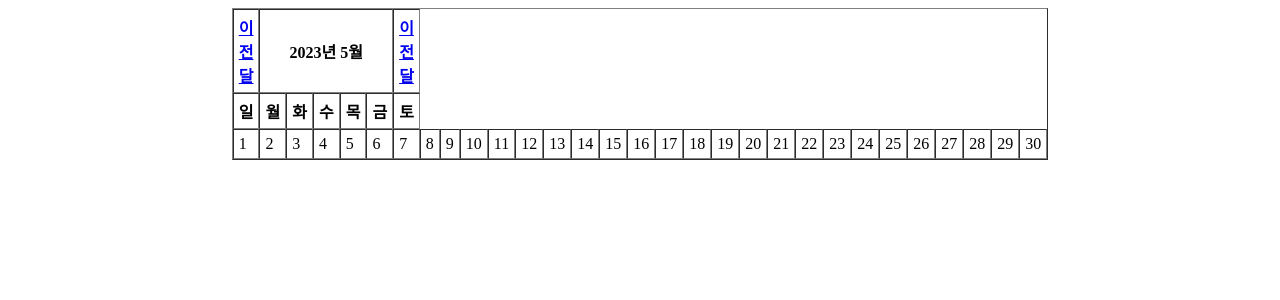
Repository: sangah-park98/jsp-class
Page: http://localhost/k20230502_1_calendar/calendar.2.jsp?year=2023&month=4
The author's editor kept a copy of each file at every save. The page is drawn from the files as they stood at one save, then again after the next save.
The browser window is 1280 px wide. The pictures show the whole page.
The page is served by Tomcat 9.

Above is the page before, as saved 2023-05-01 10:35:05.

After the next save:
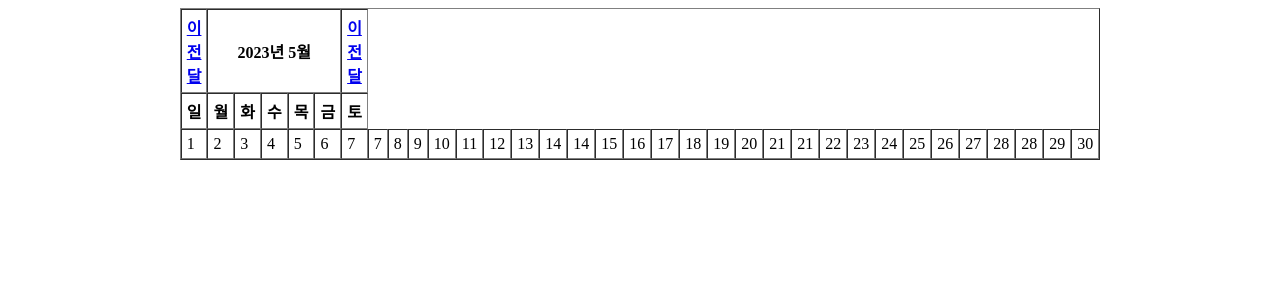
Saved 3 min 58 s later.
--- a/k20230502_1_calendar/src/main/webapp/calendar.2.jsp
+++ b/k20230502_1_calendar/src/main/webapp/calendar.2.jsp
@@ -46,7 +46,8 @@
 
 		if(MyCalendar.weekDay(year, month, i)==0){
 			out.println("<td>" + i + "</td>");
-		} else if(MyCalendar.weekDay(year, month, i)==6){
+		} if(MyCalendar.weekDay(year, month, i)==6 && i==MyCalendar.lastDay(year, month)){
+		} else if(!(MyCalendar.weekDay(year, month, i)==6 && i==MyCalendar.lastDay(year, month))){
 			out.println("<td>" + i + "</td>");
 		} else {
 		out.println("<td>" + i + "</td>");

After the 2 saves that followed:
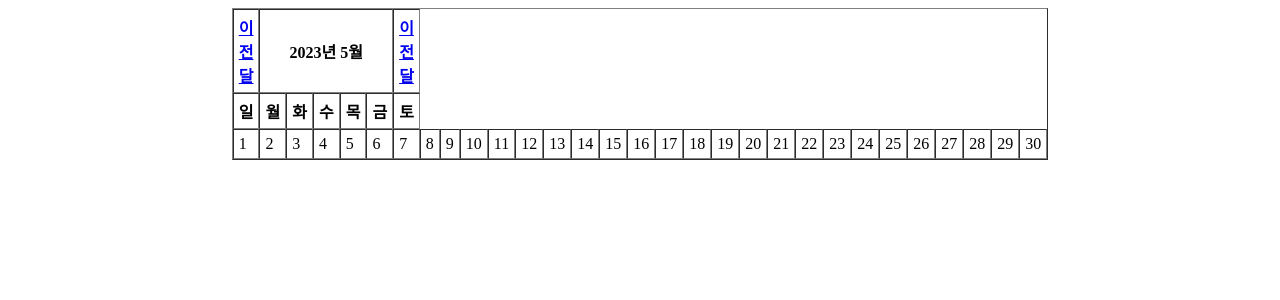
The 2 saves are shown as one change because 1 left the picture as it was.
The last was saved 5 min 50 s later.
--- a/k20230502_1_calendar/src/main/webapp/calendar.2.jsp
+++ b/k20230502_1_calendar/src/main/webapp/calendar.2.jsp
@@ -44,15 +44,23 @@
 <%
 	for(int i=1; i<MyCalendar.lastDay(year, month); i++){
 
-		if(MyCalendar.weekDay(year, month, i)==0){
+		switch(MyCalendar.weekDay(year, month, i)) {
+		case 0:
 			out.println("<td>" + i + "</td>");
-		} if(MyCalendar.weekDay(year, month, i)==6 && i==MyCalendar.lastDay(year, month)){
-		} else if(!(MyCalendar.weekDay(year, month, i)==6 && i==MyCalendar.lastDay(year, month))){
+			break;
+		case 6:
+			if(MyCalendar.weekDay(year, month, i)==6 && MyCalendar.lastDay(year, month)==i){
+
+			} else {
 			out.println("<td>" + i + "</td>");
-		} else {
-		out.println("<td>" + i + "</td>");
+			}
+			break;
+		default:
+			out.println("<td>" + i + "</td>");
+				break;
 		}
 	}
+
 %>
 	</tr>
 
